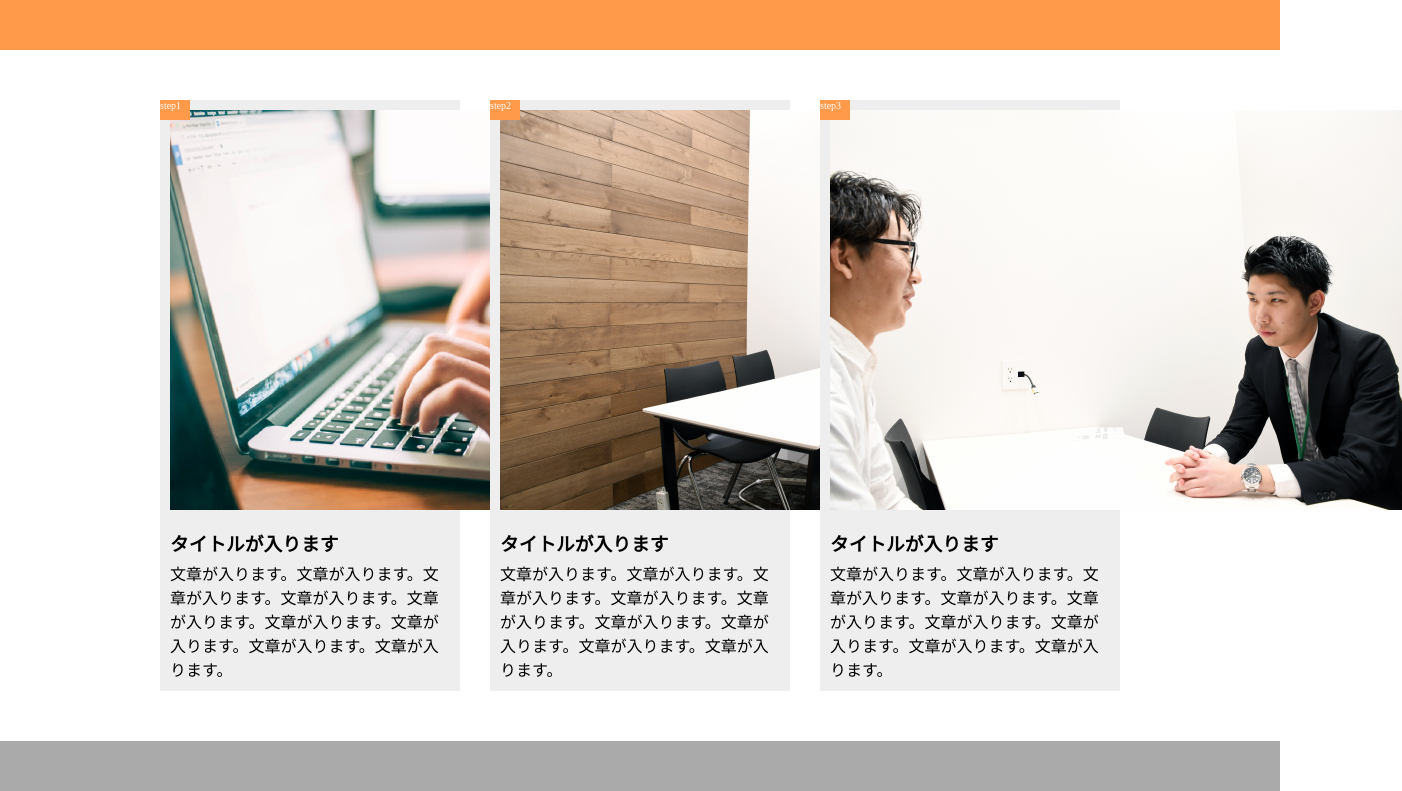
Repository: hira14t/git-practice
Page: kadai1/kadai1.html
The author's editor kept a record of every edit. The page is drawn from the files as they stood at one moment, then again after the next edit.
The browser window is 1280 px wide. The page is 1402 px wide, then 1372 px, so the pictures cover 1402 px, including what lies to the right of the window. The pictures show the whole page.

Above is the page before.

### kadai1/kadai1.html
<!DOCTYPE html>
<html lang="ja">
  <head>
    <meta charset="UTF-8" />
    <meta name="viewport" content="width=device-width,initial-scale=1.0">
     <link rel="stylesheet" href="kadai1.css" />
    <title>課題1</title>
  </head>
  <body>
    <div class="header"></div>
    <div class="wrap">


        <div class="item">
          <div class="category">step1</div>
          <img class="image" src="img/flow01.png">
          <h3 class="H3">タイトルが入ります</h3>
          <p>文章が入ります。文章が入ります。文章が入ります。文章が入ります。文章が入ります。文章が入ります。文章が入ります。文章が入ります。文章が入ります。</p>
        </div>




        <div class="item">
          <div class="category">step2</div>
          <img class="image" src="img/flow02.png">
          <h3 class="H3">タイトルが入ります</h3>
          <p>文章が入ります。文章が入ります。文章が入ります。文章が入ります。文章が入ります。文章が入ります。文章が入ります。文章が入ります。文章が入ります。</p>
        </div>





        <div class="item">
           <div class="category">step3</div>
           <img class="image" src="img/flow03.png">
           <h3 class="H3">タイトルが入ります</h3>
           <p>文章が入ります。文章が入ります。文章が入ります。文章が入ります。文章が入ります。文章が入ります。文章が入ります。文章が入ります。文章が入ります。</p>
         </div>

    </div>
    <div class="footer"></div>

  </body>
</html>

### kadai1/kadai1.css
* {
  margin: 0;
  padding: 0;
  box-sizing: border-box;
}

.header {
  width: 100%;
  height: 50px;
 background-color: #ff9a4b;
}





.wrap {
  width: 960px;
  display: flex;
  margin: 50px auto;
}

.category {
  width: 30px;
  height: 20px;
  background-color: #ff9a4b;
  color: white;
  font-size: 10px;
  position: absolute;
  top: 0;
  left: 0;
}

.item {
  padding: 10px;
  margin-right: 30px;
  width: 300px;
  background-color: #eeeeee;
   position: relative;
}

item:last-child {
  margin-right: 0;
}



.image1{
  background-image: url(img/flow01.png);
  background-size: cover;

  height: 150px;

}

.image2{
  background-image: url(img/flow02.png);
  background-size: cover;

  height: 150px;

}
.image3{
  background-image: url(img/flow03.png);
  background-size: cover;

  height: 150px;

}

.H3 {
  margin: 15px 0 5px 0;
}




.footer {
  width: 100%;
  height: 50px;
  background-color: #aaaaaa
}


@media screen and (max-width: 768px) {





.wrap {
  width: 100%;
  display: block;


  margin: 0 auto;
}


.item {
  margin: 20px auto;

  width: 90%;
}

.item:first-child {
  margin-top: 50px;
}


.item:last-child {
  margin-bottom: 50px;
}

}

After the next edit:
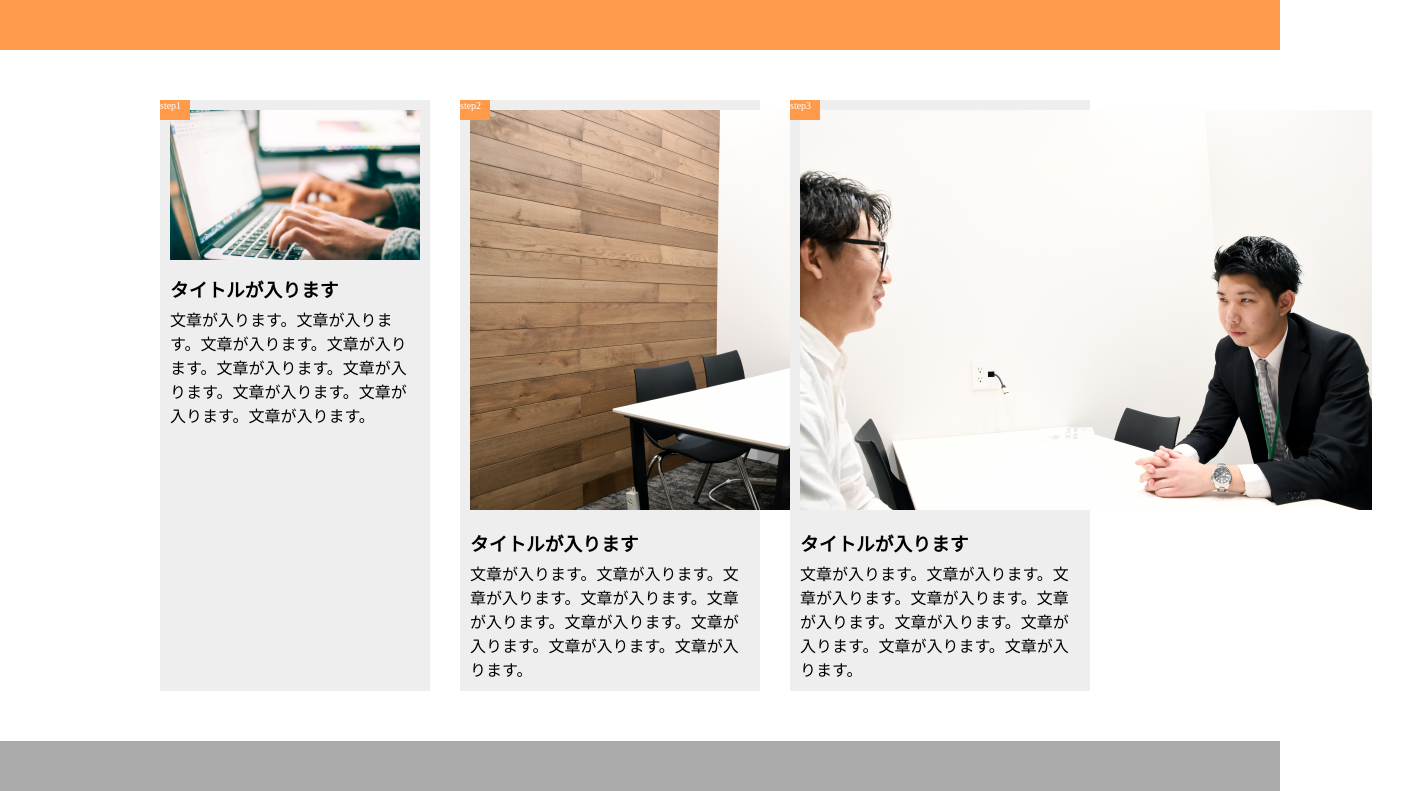
The edit:
--- a/kadai1/kadai1.html
+++ b/kadai1/kadai1.html
@@ -13,7 +13,7 @@
 
         <div class="item">
           <div class="category">step1</div>
-          <img class="image" src="img/flow01.png">
+          <div class="image1"></div>
           <h3 class="H3">タイトルが入ります</h3>
           <p>文章が入ります。文章が入ります。文章が入ります。文章が入ります。文章が入ります。文章が入ります。文章が入ります。文章が入ります。文章が入ります。</p>
         </div>
